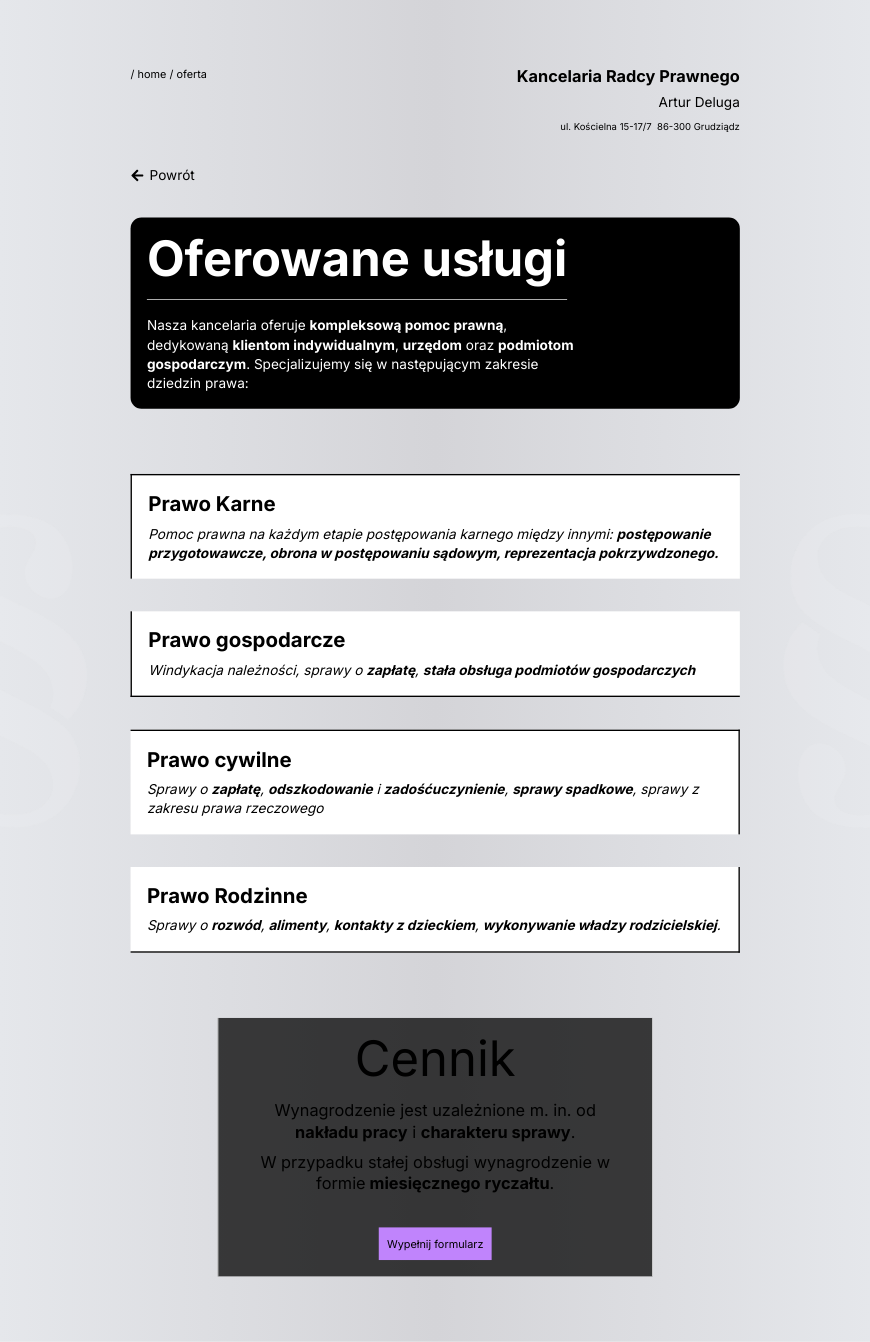
Repository: wesiudev/kancelaria-artur-deluga
Page: /oferta
The author's editor kept a copy of each file at every save. The page is drawn from the files as they stood at one save, then again after the next save.
The browser window is 1280 px wide. The pictures show the whole page, at 68% of full size.
The project was rebuilt for these pictures with package versions that can differ from the ones it lists, and the page was loaded fresh each time. The framework's server and built-in components were replaced by stand-ins that run in the browser. Also part of the build but not shown: next.config.js.

Above is the page before, as saved 2023-08-09 16:31:27.

### app/layout.tsx
import "./globals.css";
import type { Metadata } from "next";
import { Inter } from "next/font/google";

const inter = Inter({ subsets: ["latin"] });

export const metadata: Metadata = {
  title: "Kancelaria Radcy Prawnego Artur Deluga",
  description:
    "Kancelaria Radcy Prawnego Grudziądz Prawo Karne, Pracwo cywilne, Prawo gospodarcze, Prawo Rodzinne. ul. Kościelna 15-17/7 86-300 Grudziądz. Pomoc prawna na każdym etapie postępowania karnego (postępowanie przygotowawcze, obrona w postępowaniu sądowym, reprezentacja pokrzywdzonego, etc.)",
  viewport: "width=device-width, initial-scale=1",
  icons: {
    icon: "/favicon.png",
  },
};

export default function RootLayout({
  children,
}: {
  children: React.ReactNode;
}) {
  return (
    <html lang="pl" className="scroll-smooth ">
      <body className={inter.className}>{children}</body>
    </html>
  );
}

### app/oferta/page.tsx
"use client";
import Image from "next/image";
import paragraphImage from "@/app/assets/paragraph.png";
import Link from "next/link";
import { FaArrowLeft } from "react-icons/fa";
import { useState } from "react";
const sendContactForm = async (data: any) =>
  fetch("/api/mail", {
    method: "POST",
    body: JSON.stringify(data),
    headers: { "Content-Type": "application/json", Accept: "application/json" },
  }).then((res) => {
    if (!res.ok) throw new Error("Failed to send message");
    return res.json();
  });

export default function OfferMobile() {
  const [isContactOpen, setContactOpen] = useState(false);
  const [firstName, setFirstName] = useState<string>("");
  const [email, setEmail] = useState<string>("");
  const [message, setMessage] = useState<string>("");

  const onSubmit = async () => {
    try {
      await sendContactForm({
        firstName: firstName,
        email: email,
        message: message,
      });
    } catch (error) {}
  };
  return (
    <div className="w-full mx-auto z-[2000] bg-gradient-to-r from-gray-200 via-zinc-300 to-gray-200 overflow-x-hidden text-black">
      <div className="flex flex-col space-x-[100px] min-h-screen items-center py-24">
        <div className="flex flex-col w-[85vw] lg:w-[70vw] 2xl:w-[60vw] min-h-screen justify-center ">
          <Image
            src={paragraphImage}
            alt="Paragraf obrazek w tle"
            width={224}
            height={224}
            className="fixed opacity-10 -left-24 "
          />
          <Image
            src={paragraphImage}
            alt="Paragraf obrazek w tle"
            width={224}
            height={224}
            className="fixed opacity-10 -right-24 rotate-180"
          />
          <div className="flex flex-col justify-between w-full">
            <div className="flex flex-row justify-between">
              <div className="w-1/2">
                <h1 className="mb-12">
                  {" / "}
                  <Link
                    className="hover:underline hover:underline-offset-4"
                    href="/"
                  >
                    home
                  </Link>
                  {" / "}
                  <Link
                    className="hover:underline hover:underline-offset-4"
                    href="/oferta"
                  >
                    oferta
                  </Link>
                </h1>
              </div>
              <div>
                <h1 className="text-xl lg:text-2xl text-right sm:text-left font-bold">
                  Kancelaria Radcy Prawnego
                </h1>
                <div className="w-full flex justify-end">
                  <h2 className="text-xl mb-12 lg:mb-0 mt-2">Artur Deluga</h2>
                </div>
                <div
                  className={` flex-row space-x-2 text-sm justify-end mt-3 mb-12 hidden lg:flex`}
                >
                  <div>ul. Kościelna 15-17/7</div>
                  <div>86-300 Grudziądz</div>
                </div>
              </div>
            </div>
            <Link
              className="group flex flex-row items-center mb-12 text-xl w-max"
              href="/"
            >
              <FaArrowLeft className="mr-2" />
              <span className="hover:underline hover:underline-offset-4">
                {" "}
                Powrót
              </span>
            </Link>
            <div className="p-6 rounded-2xl bg-black text-white">
              <div className="w-max">
                <h1 className="w-max text-4xl md:text-5xl lg:text-7xl  font-bold">
                  Oferowane usługi
                </h1>
                <div className="h-px w-full my-6 bg-white" />
              </div>

              <h2 className="text-left text-xl w-full lg:w-3/4 ">
                Nasza kancelaria oferuje{" "}
                <span className="font-bold"> kompleksową pomoc prawną</span>,
                dedykowaną{" "}
                <span className="font-bold">klientom indywidualnym</span>,{" "}
                <span className="font-bold">urzędom</span> oraz{" "}
                <span className="font-bold">podmiotom gospodarczym</span>.
                Specjalizujemy się w następującym zakresie dziedzin prawa:
              </h2>
            </div>
          </div>
          <div className="relative text-black flex flex-col space-y-12 mt-24">
            <div className="max-h-[50vh] border-0 hover:scale-105 duration-300 hover:bg-opacity-100 cursor-default  md:border-l-2 md:border-t-2 border-black bg-white  flex flex-col p-6 justify-between">
              <h1 className="text-xl lg:text-3xl font-bold">Prawo Karne</h1>
              <p className="text-sm sm:text-xl mt-3 italic">
                Pomoc prawna na każdym etapie postępowania karnego między
                innymi:{" "}
                <span className="font-bold">
                  postępowanie przygotowawcze, obrona w postępowaniu sądowym,
                  reprezentacja pokrzywdzonego.
                </span>
              </p>
            </div>
            <div className="max-h-[50vh] border-0 hover:scale-105 duration-300 hover:bg-opacity-100 cursor-default  md:border-l-2 md:border-b-2 border-black bg-white  flex flex-col justify-between p-6">
              <h1 className="text-xl lg:text-3xl font-bold">
                Prawo gospodarcze
              </h1>
              <p className="text-sm sm:text-xl mt-3 italic">
                Windykacja należności, sprawy o{" "}
                <span className="font-bold">zapłatę</span>,{" "}
                <span className="font-bold">
                  stała obsługa podmiotów gospodarczych
                </span>
              </p>
            </div>

            <div className="max-h-[50vh] border-0 hover:scale-105 duration-300 hover:bg-opacity-100 cursor-default  md:border-t-2 md:border-r-2 border-black bg-white  flex flex-col p-6 justify-between">
              <h1 className="text-xl lg:text-3xl font-bold">Prawo cywilne</h1>
              <p className="text-sm sm:text-xl mt-3 italic">
                Sprawy o <span className="font-bold">zapłatę</span>,{" "}
                <span className="font-bold">odszkodowanie</span> i{" "}
                <span className="font-bold">zadośćuczynienie</span>,{" "}
                <span className="font-bold">sprawy spadkowe</span>, sprawy z
                zakresu prawa rzeczowego
              </p>
            </div>
            <div className="max-h-[50vh] border-0 hover:scale-105 duration-300 hover:bg-opacity-100 cursor-default  md:border-r-2 md:border-b-2 border-black bg-white  flex flex-col p-6 justify-between">
              <h1 className="text-xl lg:text-3xl font-bold">Prawo Rodzinne</h1>
              <p className="text-sm sm:text-xl mt-3 italic">
                Sprawy o <span className="font-bold">rozwód</span>,{" "}
                <span className="font-bold">alimenty</span>,{" "}
                <span className="font-bold">kontakty z dzieckiem</span>,{" "}
                <span className="font-bold">
                  wykonywanie władzy rodzicielskiej
                </span>
                .
              </p>
            </div>
          </div>
          <div className="flex flex-col h-max my-auto px-3 lg:px-12 border-l border-r border-white  text-center relative w-[85vw] mt-12 lg:w-[50vw] lg:mx-auto lg:mt-24 lg:bg-black lg:bg-opacity-75 lg:py-6">
            <h1 className="text-5xl lg:text-7xl ">Cennik</h1>
            <p className="mt-6 text-base lg:text-2xl">
              Wynagrodzenie jest uzależnione m. in. od{" "}
              <span className="font-bold"> nakładu pracy</span> i{" "}
              <span className="font-bold">charakteru sprawy</span>.
            </p>
            <p className="mt-3 text-sm lg:text-2xl">
              W przypadku stałej obsługi wynagrodzenie w formie
              <span className="font-bold"> miesięcznego ryczałtu</span>.
            </p>
            <button
              onClick={() => setContactOpen(true)}
              className=" p-3 bg-purple-400 hover:bg-purple-300 duration-300 text-black mt-12 w-max mx-auto"
            >
              Wypełnij formularz
            </button>
          </div>
          <div
            className={` flex-row space-x-2 text-sm justify-center mt-12 flex lg:hidden z-[1000]`}
          >
            <div>ul. Kościelna 15-17/7</div>
            <div>86-300 Grudziądz</div>
          </div>
        </div>
      </div>
      <div
        className={`w-[80vw] fixed left-[50%] -translate-x-[50%] top-[50%] -translate-y-[50%] bg-gradient-to-bl from-black to-zinc-800 lg:w-max h-max px-12 rounded-3xl py-6 duration-300 ${
          isContactOpen ? "z-[2000] opacity-100" : "z-[-1000] opacity-0"
        }`}
      >
        <h1 className="text-3xl text-center">Kontakt</h1>

        <div className="flex flex-col space-y-3 mt-6 lg:mt-12">
          <div className="flex flex-col lg:flex-row lg:space-x-3">
            <div className="flex flex-col">
              Imię{" "}
              <input
                onChange={(e) => setFirstName(e.target.value)}
                value={firstName}
                id="fName"
                type="text"
                className="mt-2 text-black"
              />
            </div>
            <div className="flex flex-col mt-3 lg:mt-0">
              Email{" "}
              <input
                onChange={(e) => setEmail(e.target.value)}
                value={email}
                type="text"
                className="mt-2 text-black"
              />
            </div>
          </div>
          <div className="flex flex-col mt-2">
            Treść{" "}
            <textarea
              onChange={(e) => setMessage(e.target.value)}
              value={message}
              className="h-full resize-none text-black"
            ></textarea>
          </div>
        </div>
        <div className="w-full flex space-x-3">
          <button
            onClick={() => setContactOpen(false)}
            className="w-1/2 hover:underline py-2 mt-8"
          >
            Powrót
          </button>
          <button
            onClick={onSubmit}
            className="w-1/2 bg-purple-400 hover:bg-purple-300 duration-300 py-2 mt-8"
          >
            Wyślij
          </button>
        </div>
      </div>
    </div>
  );
}

### app/globals.css
@tailwind base;
@tailwind components;
@tailwind utilities;

:root {
  --foreground-rgb: 0, 0, 0;
  --background-start-rgb: 214, 219, 220;
  --background-end-rgb: 255, 255, 255;
}

@media (prefers-color-scheme: dark) {
  :root {
    --foreground-rgb: 255, 255, 255;
    --background-start-rgb: 0, 0, 0;
    --background-end-rgb: 0, 0, 0;
  }
}

body {
  color: rgb(var(--foreground-rgb));
  background: linear-gradient(
      to bottom,
      transparent,
      rgb(var(--background-end-rgb))
    )
    rgb(var(--background-start-rgb));
}

.expand {
  position: relative;
  text-decoration: none;
  display: inline-block;
}
.expand:after {
  display: block;
  content: "";
  border-bottom: solid 3px white;
  transform: scaleX(0);
  transition: transform 250ms ease-in-out;
  transform-origin: 100% 50%;
}
.expand:hover:after {
  transform: scaleX(1);
  transform-origin: 0 50%;
}

.caps {
  font-variant: small-caps;
}
html {
  scroll-behavior: smooth;
  color: #1a1a1a;
}

Loaded but not shown: tailwind.config.js (common file)

After the next save:
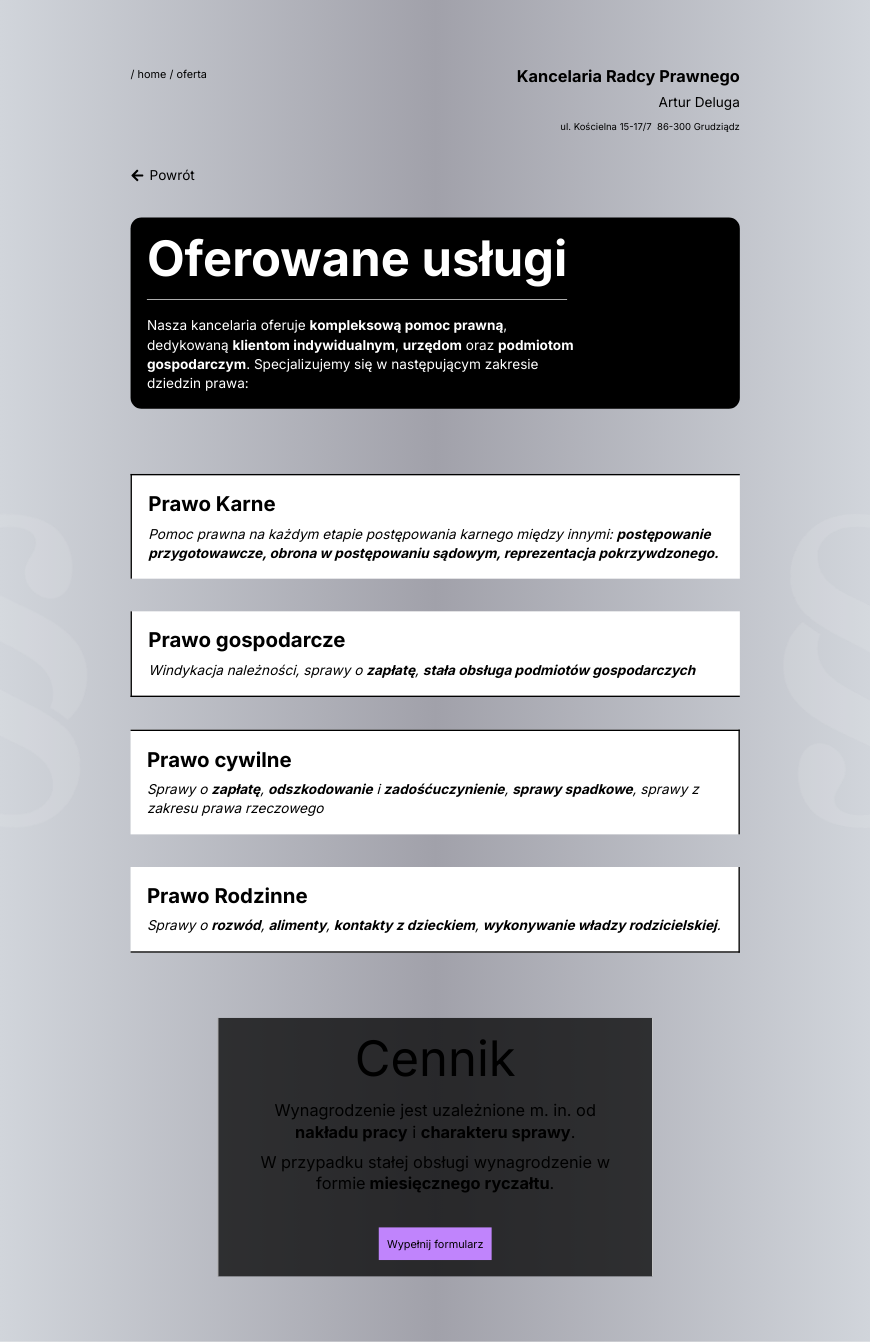
Saved 25 s later.
--- a/app/oferta/page.tsx
+++ b/app/oferta/page.tsx
@@ -30,7 +30,7 @@ export default function OfferMobile() {
     } catch (error) {}
   };
   return (
-    <div className="w-full mx-auto z-[2000] bg-gradient-to-r from-gray-200 via-zinc-300 to-gray-200 overflow-x-hidden text-black">
+    <div className="w-full mx-auto z-[2000] bg-gradient-to-r from-gray-300 via-zinc-400 to-gray-300 overflow-x-hidden text-black">
       <div className="flex flex-col space-x-[100px] min-h-screen items-center py-24">
         <div className="flex flex-col w-[85vw] lg:w-[70vw] 2xl:w-[60vw] min-h-screen justify-center ">
           <Image
